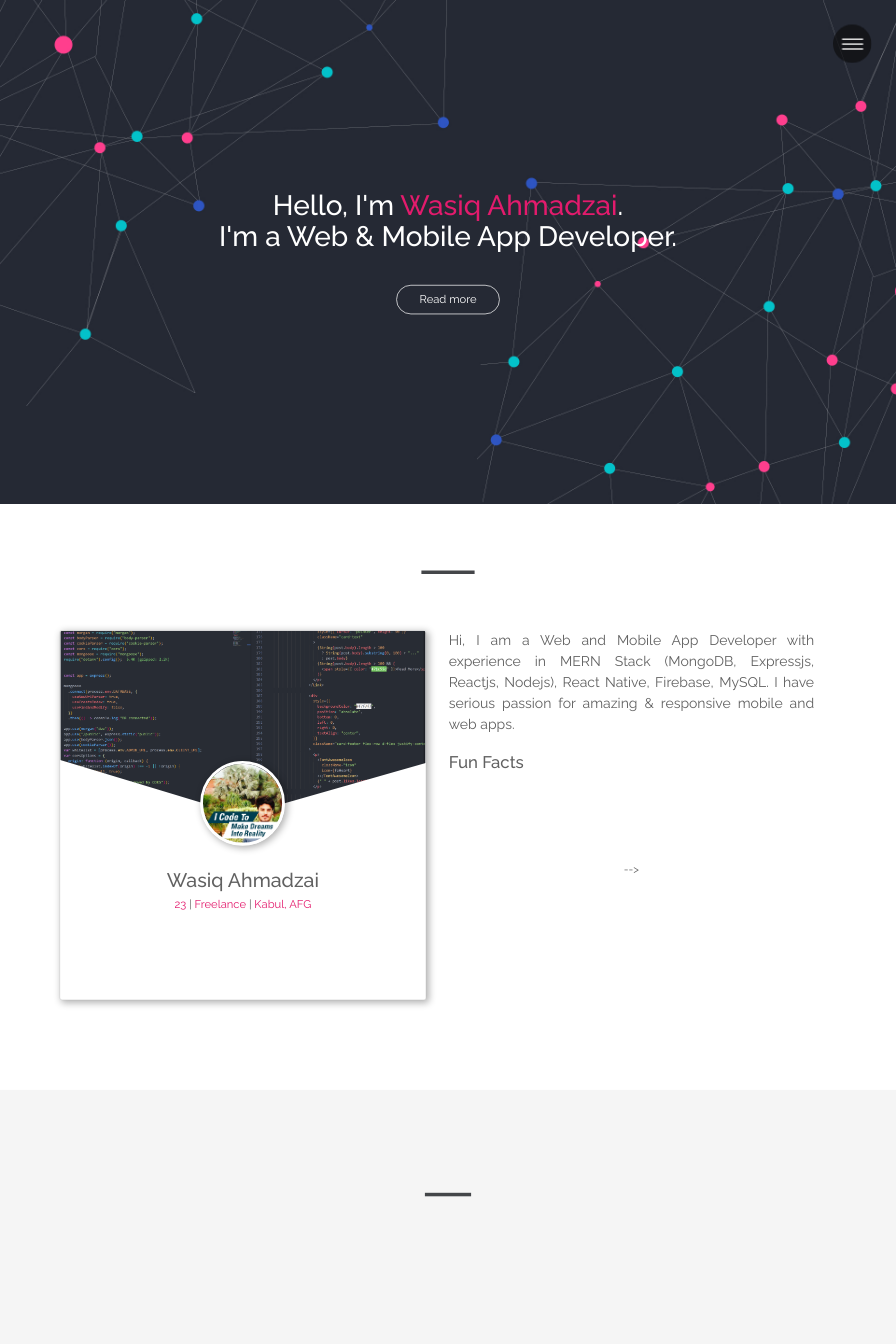
Repository: wasiqkhan/wasiqkhan.github.io
Page: index.html
The author's editor kept a copy of each file at every save. The page is drawn from the files as they stood at one save, then again after the next save.
The browser window is 1280 px wide. The pictures show the part of the page from y = 0 to 1920 px (the page is 5002 px tall), at 70% of full size.
Some web fonts or font styles are not loaded; a fallback is used.

Above is the page before, as saved 2020-11-06 17:49:57.
Not found: js/all.js
Not found: js/app.js
Not found: js/particles.js

### index.html
<!DOCTYPE html>
<html lang="en">
  <!-- Start of Async Drift Code -->
<script>
  "use strict";!function(){var r=window.driftt=window.drift=window.driftt||[];if(!r.init){if(r.invoked)return window.console&&console.error&&console.error("Drift snippet included twice.");r.invoked=!0,r.methods=["identify","config","track","reset","debug","show","ping","page","hide","off","on"],r.factory=function(e){return function(){var t=Array.prototype.slice.call(arguments);return t.unshift(e),r.push(t),r}},r.methods.forEach(function(t){r[t]=r.factory(t)}),r.load=function(t){var e=3e5*Math.ceil(new Date/3e5),r=document.createElement("script");r.type="text/javascript",r.async=!0,r.crossorigin="anonymous",r.src="https://js.driftt.com/include/"+e+"/"+t+".js";var n=document.getElementsByTagName("script")[0];n.parentNode.insertBefore(r,n)}}}(),drift.SNIPPET_VERSION="0.3.1",drift.load("8faar6gaz2cs");
  </script>
  <!-- End of Async Drift Code -->
  <head>

    <meta charset="UTF-8" />
    <meta name="viewport" content="width=device-width, initial-scale=1.0" />
    <meta http-equiv="X-UA-Compatible" content="ie=edge" />
    <!-- <link href="https://fonts.googleapis.com/css?family=Raleway&display=swap" rel="stylesheet"> -->
    <link href="https://fonts.googleapis.com/css?family=Raleway:400,500,600,700,800&display=swap" rel="stylesheet">
    <link href="https://fonts.googleapis.com/icon?family=Material+Icons" rel="stylesheet">
    <link
    href="./css/materialdesignicons.min.css"
    media="all"
    rel="stylesheet"
  />
    <link type="text/css" rel="stylesheet" href="./css/style.css" />
    <link type="text/css" rel="stylesheet" href="./css/bootstrap.min.css" />
    <!-- <link type="text/css" rel="stylesheet" href="./css/all.css" /> -->
    <link type="text/css" rel="stylesheet" href="./css/lightbox.css" />
    <link rel="stylesheet" href="./css/line-awesome.css">
    <!-- <link rel="stylesheet" href="https://maxst.icons8.com/vue-static/landings/line-awesome/font-awesome-line-awesome/css/all.min.css"> -->

    <link rel="shortcut icon" href="./icon.png">

    <link
      type="text/css"
      rel="stylesheet"
      media="screen and (max-width:768px)"
      href="./css/mobile.css"
    />
    <link
      type="text/css"
      rel="stylesheet"
      media="screen and (min-width:769px) and (max-width:992px)"
      href="./css/widescreen.css"
    />
    <link
      type="text/css"
      rel="stylesheet"
      media="screen and (min-width:993px) and (max-width:1199px)"
      href="./css/ipadpro.css"
    />

    <title>Mohammad Wasiq | Full Stack Web & Mobile Developler</title>
  </head>

  <body id="home" >
      <!-- <div id="particles-js">

      </div> -->
    <!-- Navbar -->
    <nav class="navigation">
      <button
        type="button"
        data-toggle="collapse"
        data-target="#myNav"
        class="navbar-toggler hamburger-menu"
      >
        <div class="line1"></div>
        <div class="line2"></div>
        <div class="line3"></div>
      </button>
      <div class="bg-cover"></div>
      <div class="collapse nav-content" id="myNav">
        <div class="container-fluid">
          <div class="row">
            <div class="col-10 max-auto">
              <ul class="navbar-nav flex-lg-row flex-column nav-justified">
                <li class="nav-item">
                  <a class="nav-link m-3 link-item" href="#home">Home</a>
                </li>
                <li class="nav-item">
                  <a class="nav-link m-3 link-item" href="#about">About</a>
                </li>
                <li class="nav-item">
                  <a class="nav-link m-3 link-item" href="#service">Services</a>

                </li>
                <li class="nav-item">
                    <a class="nav-link m-3 link-item" href="#portfolio">Portfolio</a>
                  </li>
                <li class="nav-item">
                  <a class="nav-link m-3 link-item" href="#skills">Skills</a>
                </li>
                <li class="nav-item">
                  <a class="nav-link m-3 link-item" href="#contact">Contact</a>
                </li>
              </ul>
            </div>
          </div>
        </div>
      </div>
    </nav>

    <header id="showcase">



      <div class="showcase-content">
          <h1 class="heading">Hello, I'm <span style="color: #E31B6D">Wasiq Ahmadzai</span>.<br>I'm a Web & Mobile App Developer.</h1>
<!--
          <div class="links">
            <a href="http://www.facebook.com" target="_blank"><i class="fab fa-facebook fa-2x"></i></a>
            <a href="http://www.twitter.com" target="_blank"><i class="fab fa-twitter fa-2x"></i></a>
            <a href="http://www.instagram.com" target="_blank"><i class="fab fa-instagram fa-2x"></i></a>
            <a href="http://www.googleplus.com" target="_blank"><i class="fab fa-google-plus fa-2x"></i></a>
          </div> -->
          <a href="#about" class="btnn">Read more</a>
        </div>
    </header>

    <section id="about" class="primary about">
        <h2 class="text-center m-heading">About Me</h2>
        <div class="line"></div>
      <div class="container new">
        <div class="card cardnew">

          <img src="./img/dev.PNG" class="card-img-top cut" style="margin: auto">
          <div class="card-body">
              <img src="./img/5a159554b6a61a2ba5ccdb57.PNG" class="my-img" />
              <div class="card-title">
                <h3 class="text-center">Wasiq Ahmadzai</h3>
              </div>
              <div class="card-subtitle text-center">
                <p style="color:#E31B6D">23 <span style="color: #616161">|</span> Freelance <span style="color: #616161">|</span> Kabul, AFG</p>
              </div>
              <div class="links">
                  <a href="http://www.facebook.com/ahmadzai.khan.54" target="_blank"><i class="fab fa-facebook fa-2x"></i></a>
                  <a href="https://github.com/wasiqkhan" target="_blank"><i class="fab fa-github fa-2x"></i></a>

                  <a href="https://www.linkedin.com/in/mohammad-wasiq-ahmadzai-5439371b0/" target="_blank"><i class="fab fa-linkedin fa-2x"></i></a>
                </div>
          </div>
        </div>
        <div class="items">



          <div>

          <p class="info-p lead">Hi, I am a Web and Mobile App Developer with experience in MERN Stack (MongoDB, Expressjs, Reactjs, Nodejs), React Native, Firebase, MySQL. I have serious passion for amazing & responsive mobile and web apps.</p>

        </div>
        <h4 style="text-align:left">Fun Facts</h4>


         <div class="service-items flex-wrap" style="padding: 0 0">
            <div class="item fun-facts" style="margin-right: 10px ;background: #252934">
              <div>
                <i class="fas fa-coffee fa-2x mb-3" style="color:#E31B6D"></i>
                <h6 class="text-center" style="color: white">100+ Cups of Coffee</h6>

              </div>
            </div>

            <div class="item fun-facts" style="margin-right: 10px ;background: #252934">
              <div>
                  <i class="fas fa-book fa-2x mb-3" style="color:#E31B6D"></i>
                <h6 class="text-center" style="color: white">10+ Books</h6>

              </div>

            </div>

            <div class="item fun-facts" style="margin-right: 10px ;background: #252934">
              <div>
                  <i class="fas fa-bicycle fa-2x mb-3" style="color:#E31B6D"></i>
                <h6 class="text-center" style="color: white">1200km Cycled</h6>

              </div>

            </div>
            <div class="item fun-facts" style="margin-right: 10px;background: #252934">
                <div>
                    <i class="fas fa-award fa-2x mb-3" style="color:#E31B6D"></i>
                  <h6 class="text-center" style="color: white">10 Awards Won</h6>

                </div>

              </div>
          </div> -->



<div>
          <a href="#contact" class="hire-me">Hire Me</a>
        </div>

      </div>


          </div>

    </section>
    <section id="service" class="primary service">
      <div class="container">
        <h2 class="text-center m-heading">Services</h2>
        <div class="line"></div>

        <div class="service-items rotate fun-facts">
          <div class="item">
            <div>
              <i class="fas fa-desktop fa-6x textt mb-3"></i>
              <h3 class="text-center">Web Development</h3>
              <p class="text-center">
                Fully responsive full stack website development
              </p>
            </div>
          </div>

          <div class="item">
            <div>
                <i class="fas fa-mobile-alt fa-6x textt textt2 mb-3"></i>
              <h3 class="text-center">Mobile Apps</h3>
              <p class="text-center">
                Fast and Professional app development using latest technologies
              </p>
            </div>

          </div>

          <div class="item">
            <div>
                <i class="fas fa-rocket fa-6x  textt mb-3"></i>
              <h3 class="text-center">Launch</h3>
              <p class="text-center">
                Deployment and Maintainance

              </p>
            </div>

          </div>
        </div>
      </div>
    </section>
    <section id="portfolio" class="portfolio">
      <div class="container">
        <h2 class="text-center m-heading">Portfolio</h2>
        <div class="line"></div>

        <div class="portfolio-items row align-items-center h-100 text-center text-lg-left" style="margin-top: 120px;">
          <div class="col-lg-6 p-lg-0">
            <img src="./img/walletapp.png" height="350" >

          </div>
          <div class="col-lg-5 mx-auto py-3">
            <h3 class="h3">My Wallet
              <span class="badge badge-sm">2017</span>
            </h3>
            <p class="mb-3" style="color: #616161;">An android app that keeps track of your money, daily transactions, and expenses
            </p>
            <a href="https://bit.ly/3iEEP3P" class="visit" target="_blank">Visit</a>

          </div>

        </div>

        <div class="portfolio-items row align-items-center h-100 text-center text-lg-left " style="margin-top: 220px;">
          <div class="col-lg-6 p-lg-0">
            <img src="./img/lineageweb.png" height="300"  >

          </div>
          <div class="col-lg-5 mx-auto py-3">
            <h3 class="h3 bold">Lineage Logistics
              <span class="badge badge-sm">2020</span>
            </h3>
            <p class="mb-3" style="color: #616161;">
              Lineage Logistics Afghanistan
            </p>
            <a href="https://lineage.com.af/" class="visit" target="_blank">Visit</a>

          </div>

        </div>

        <div class="portfolio-items row align-items-center h-100 text-center text-lg-left" style="margin-top: 220px;">
          <div class="col-lg-6 p-lg-0">
            <img src="./img/hosteldes.png" height="300"  >

          </div>
          <div class="col-lg-5 mx-auto py-3">
            <h3 class="h3">Hostel Managment System
              <span class="badge badge-sm">2018</span>
            </h3>
            <p class="mb-3" style="color: #616161;">Hostel Management System is a JavaFX and SQL Server desktop application. This application allows you to store and manage Hostel data and students records.
            </p>
            <a href="https://github.com/wasiqkhan/Hostel-Management-System" class="visit" target="_blank">Visit</a>

          </div>

        </div>
      </div>
    </section>


    <section id="contact" class="contact">
      <svg preserveAspectRatio="none" viewBox="0 0 100 102" height="90" width="100%" version="1.1"
      xmlns="http://www.w3.org/2000/svg" class="svgcolor-light">

     <path d="M0 0 L50 100 L100 0 Z" fill="white" stroke="white"/>

    </svg>
      <div class="container-fluid">
        <h2 class="text-center m-heading" style="color: #fff">Contact</h2>
        <div class="line"></div>
        <div class="container">
          <h6 class="text-center py-5" style="color: #E31B6D">Have a question or want to make something special?</h6>


                <form
                class="waypoint"
                data-animation="pop-in"
                data-delay=".5s"
                id="contact-form"
              >
                <input placeholder="Name" type="text" name="name" required />
                <input
                  placeholder="Enter email"
                  type="email"
                  name="email"
                  required
                />
                <textarea
                  placeholder="Your Message"
                  type="text"
                  name="message"
                  required
                ></textarea>
                <div id="success">
                  <div>
                    Your message was sent successfully. Thanks!<span
                      id="close"
                      class="mdi mdi-close"
                    ></span>
                  </div>
                </div>
                <input class="button" type="submit" id="submit" value="SUBMIT" />
              </form>



        </div>
    </section>
    <footer id="footer">
      <div class="container">
        <div class="row">
          <div class="col text-center">
            <div class="mb-2">
              <a href="http://www.facebook.com/ahmadzai.khan.54" target="_blank" class="mx-sm-4 mx-2 social"
                ><i class="fab fa-facebook fa-2x"></i
              ></a>
              <a href="https://github.com/wasiqkhan" target="_blank" class="mx-sm-4 mx-2 social"
                ><i class="fab fa-github fa-2x"></i
              ></a>
              <a href="https://www.linkedin.com/in/mohammad-wasiq-ahmadzai-5439371b0/" target="_blank" class="mx-sm-4 mx-2 social"
                ><i class="fab fa-linkedin fa-2x"></i
              ></a>
             -->
            </div>

          </div>
        </div>
        <div class="container-fluid p-3">
            <div class="row">
              <div class="col mb-4">
                <ul class="nav justify-content-center footer-items">
                  <li class="nav-item">
                    <a href="#home" class="nav-link">Home</a>
                  </li>
                  <li class="nav-item">
                    <a href="#about" class="nav-link">About</a>
                  </li>
                  <li class="nav-item">
                    <a href="#service" class="nav-link">Services</a>
                  </li>
                  <li class="nav-item">
                      <a href="#portfolio" class="nav-link">Portfolio</a>
                    </li>
                  <li class="nav-item">
                    <a href="#skills" class="nav-link">Skills</a>
                  </li>
                  <li class="nav-item">
                    <a href="#contact" class="nav-link">Contact</a>
                  </li>

                </ul>
              </div>
            </div>
            <div class="row">
              <div class="col text-light text-center">
                <p>Wasiq Ahmadzai <span style="color: #E31B6D">&copy;2019</span></p>
              </div>
            </div>

      </div>
    </footer>
    <script src="./js/particles.js"></script>
    <script src="./js/app.js"></script>
    <script src="./js/jquery-3.4.1.min.js"></script>
    <script src="./js/popper.js"></script>
    <script src="./js/bootstrap.min.js"></script>
    <script src="./js/script.js"></script>
    <script src="./js/lightbox.js"></script>
    <script src="./js/all.js"></script>
  </body>
</html>

### css/mobile.css
@media (max-width: 500px) {
  #navbar {
    flex-direction: column;
    align-items: center;
  }
  .my-img {
    width: 40%;
    margin-left: 90px;
    margin-top: -100px;
  }
  .showcase-content h1 {
    font-size: 15pt;
  }
  #contact h6 {
    font-size: 9pt;
  }

  .info-p {
    margin-top: -150px;
  }

  .hire-me {
    margin-top: 40px;
  }
  .textt {
    margin-left: 70px;
  }
  .textt2 {
    margin-left: 95px;
  }
  .name {
    text-align: left;
    margin-top: 15px;
    margin-left: -30px;
  }
}

@media (min-width: 501px) and (max-width: 768px) {
  .my-img {
    margin-left: 240px;
  }
}

.info-p {
  margin-top: -100px;
}
.hire-me {
  margin-top: 30px;
}
.items {
  margin: 5rem 2rem;
  display: flex;
  flex-direction: column;
  align-items: center;
  justify-content: center;

  text-align: center;
  /* position: relative; */
  flex-wrap: wrap;
}

.items div {
  flex: 1;
}
.portfolio-items h3 {
  margin-top: 50px;
}

.portfolio-items img {
  width: 100%;
  height: auto;
  text-align: center;
  margin: auto;
}
#portfolio .portfolio-items .item {
  display: flex;
  text-align: left;
}
.service-items {
  display: block;
  padding: 1rem;
}
#service .service-items .item {
  display: flex;
  text-align: left;
}
.new {
  display: flex;
  flex-direction: column;
}

#navbar .l-heading {
  margin-bottom: 0.5rem;
  text-align: center;
}

#about .line,
#service .line,
#skills .line,
#contact .line {
  width: 20%;
  background: #444649;
  height: 5px;
  margin: auto;
}
#skills .line,
#contact .line {
  background: #fff;
}
#projects .line {
  width: 20%;
  background: #444649;
  height: 5px;
  margin-bottom: 50px;
  margin-top: -35px;
}
.contact-content {
  display: flex;
  flex-direction: column;
  justify-content: center;
  align-items: center;
  text-align: center;
  padding: 1rem;
}
.skill-items {
  display: flex;
  flex-direction: column;
  padding: 1rem;
  margin-top: 40px;
}
.skill-group {
  margin: 0;
}
.skill-item h6 {
  margin-left: 5px;

  /* color: #fff; */
}

.progress {
  width: 100%;
}
.items p {
  text-align: justify;
}
section:nth-of-type(4) input[type="text"],
section:nth-of-type(4) input[type="email"],
section:nth-of-type(4) textarea {
  width: 100%;
}
section:nth-of-type(4) #success {
  width: 100%;
  margin: auto;
}

### css/widescreen.css
/* @media (min-width: 769px) and (max-width: 991px) { */
.new {
  display: flex;
  flex-direction: column;
}

.info-p {
  margin-top: -100px;
}
.hire-me {
  margin-top: 30px;
}
.items {
  margin: 5rem 2rem;
  display: flex;
  flex-direction: column;
  align-items: center;
  justify-content: center;

  text-align: center;
  /* position: relative; */
  flex-wrap: wrap;
}

.items div {
  flex: 1;
}
.my-img {
  margin-left: 240px;
}
/* } */

### css/ipadpro.css
.my-img {
  margin-left: 130px;
}

Loaded but not shown: css/materialdesignicons.min.css (library); css/bootstrap.min.css (library); css/lightbox.css (library); js/jquery-3.4.1.min.js (library); js/popper.js (library); js/bootstrap.min.js (library); js/lightbox.js (library); js/script.js (138 lines, source omitted); css/line-awesome.css (6582 lines, source omitted); css/style.css (594 lines, source omitted)

After the next save:
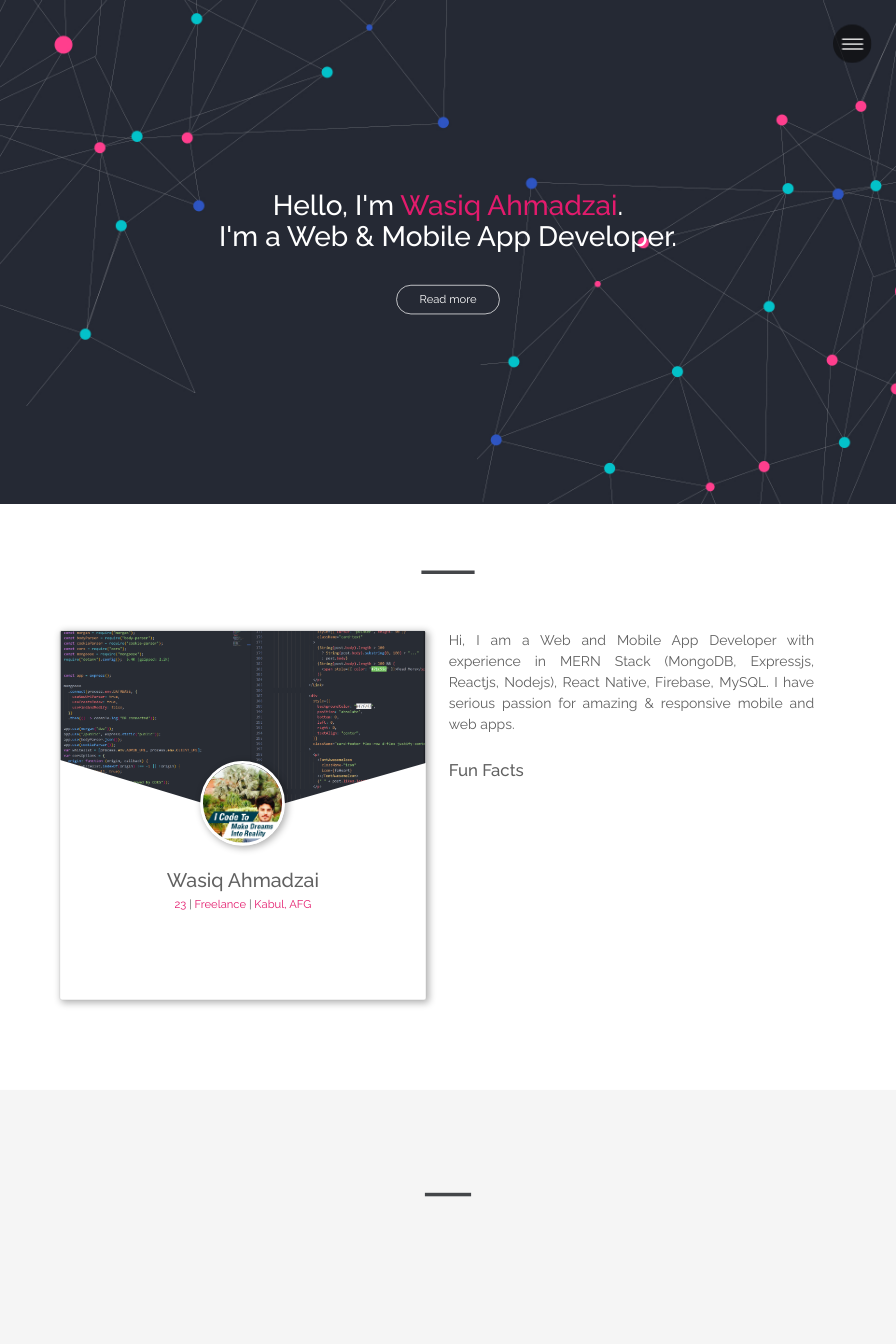
Saved 13 s later.
--- a/index.html
+++ b/index.html
@@ -183,7 +183,7 @@
                 </div>
 
               </div>
-          </div> -->
+          </div>
 
 
 
